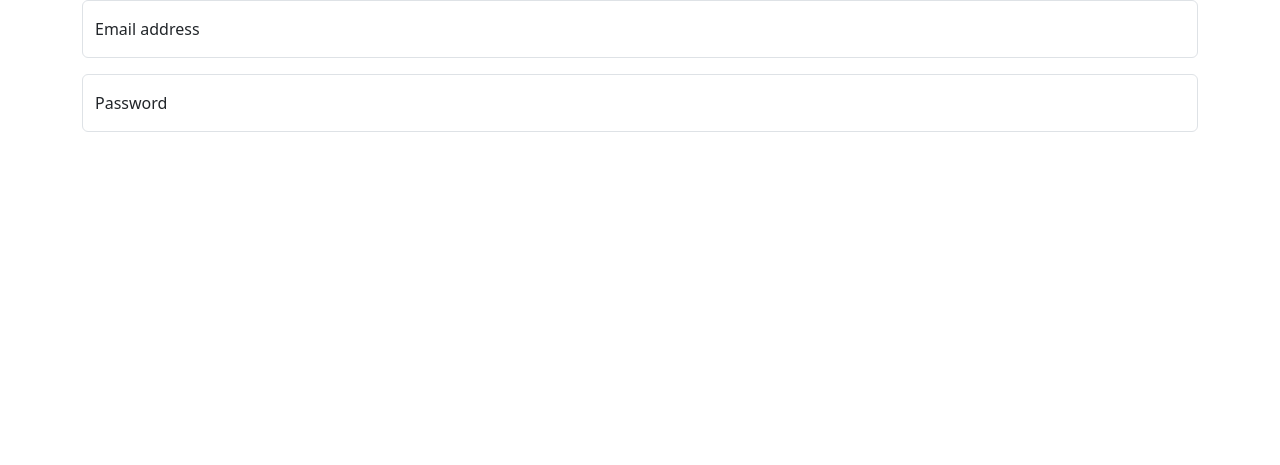
Repository: jaevoy2/lara_demo
Page: http://localhost/
The author's editor kept a copy of each file at every save. The page is drawn from the files as they stood at one save, then again after the next save.
The browser window is 1280 px wide. The pictures show the whole page.
The page is served by the project's Laravel application, run on PHP 8.4 with Laravel 12. Other server files are loaded and not shown.

Above is the page before, as saved 2026-07-06 22:48:54.

### routes/web.php
<?php

use Illuminate\Support\Facades\Route;
use App\Http\Controllers\StudentController;


Route::get('/', function () {
    return view('login');
});

Route::get('/dashboard', function () {
    return view('dashboard');
});

### resources/views/login.blade.php
@extends('_layout._auth-head')

@section('content')

    <div class="container d-flex flex-column justify-content-center">
        <div class="form-floating mb-3">
            <input type="email" class="form-control" id="floatingInput" placeholder="name@example.com">
                <label for="floatingInput">Email address</label>
        </div>
        <div class="form-floating">
            <input type="password" class="form-control" id="floatingPassword" placeholder="Password">
            <label for="floatingPassword">Password</label>
        </div>
    </div>

@endsection

### resources/views/_layout/_auth-head.blade.php
<!DOCTYPE html>
<html lang="en">
<head>
    <meta charset="UTF-8">
    <meta name="viewport" content="width=device-width, initial-scale=1.0">
    <link href="https://cdn.jsdelivr.net/npm/bootstrap@5.3.8/dist/css/bootstrap.min.css" rel="stylesheet" integrity="sha384-sRIl4kxILFvY47J16cr9ZwB07vP4J8+LH7qKQnuqkuIAvNWLzeN8tE5YBujZqJLB" crossorigin="anonymous">
    <link rel="stylesheet" href="{{ asset('css/styles.css') }}">
    <title>Document</title>
</head>
<body>

    @yield('content')

    <script src="https://cdn.jsdelivr.net/npm/bootstrap@5.3.8/dist/js/bootstrap.bundle.min.js" integrity="sha384-FKyoEForCGlyvwx9Hj09JcYn3nv7wiPVlz7YYwJrWVcXK/BmnVDxM+D2scQbITxI" crossorigin="anonymous"></script>
</body>
</html>

After the next save:
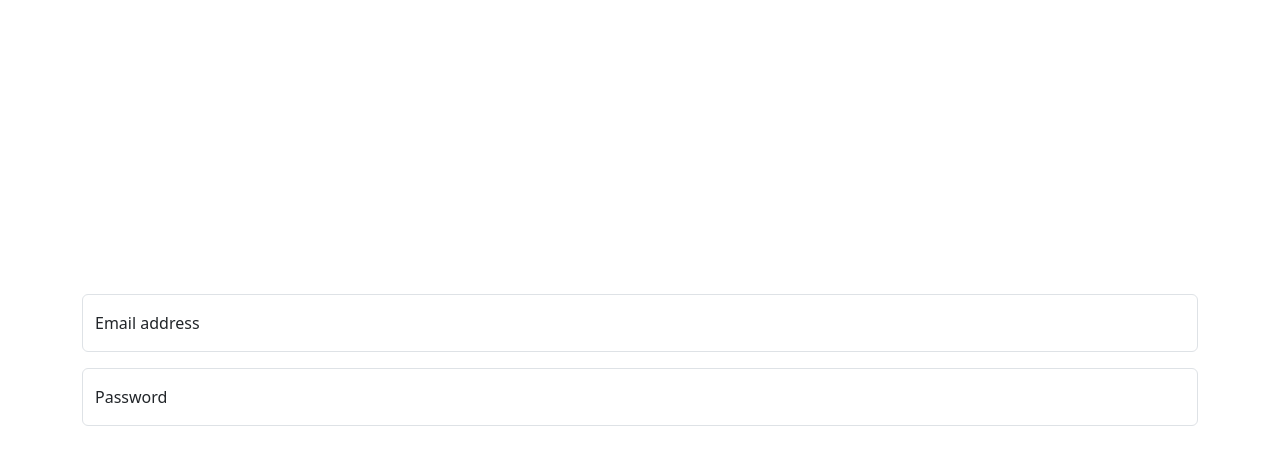
Saved 11 s later.
--- a/resources/views/login.blade.php
+++ b/resources/views/login.blade.php
@@ -2,7 +2,7 @@
 
 @section('content')
 
-    <div class="container d-flex flex-column justify-content-center">
+    <div class="container d-flex flex-column justify-content-center vh-100">
         <div class="form-floating mb-3">
             <input type="email" class="form-control" id="floatingInput" placeholder="name@example.com">
                 <label for="floatingInput">Email address</label>
